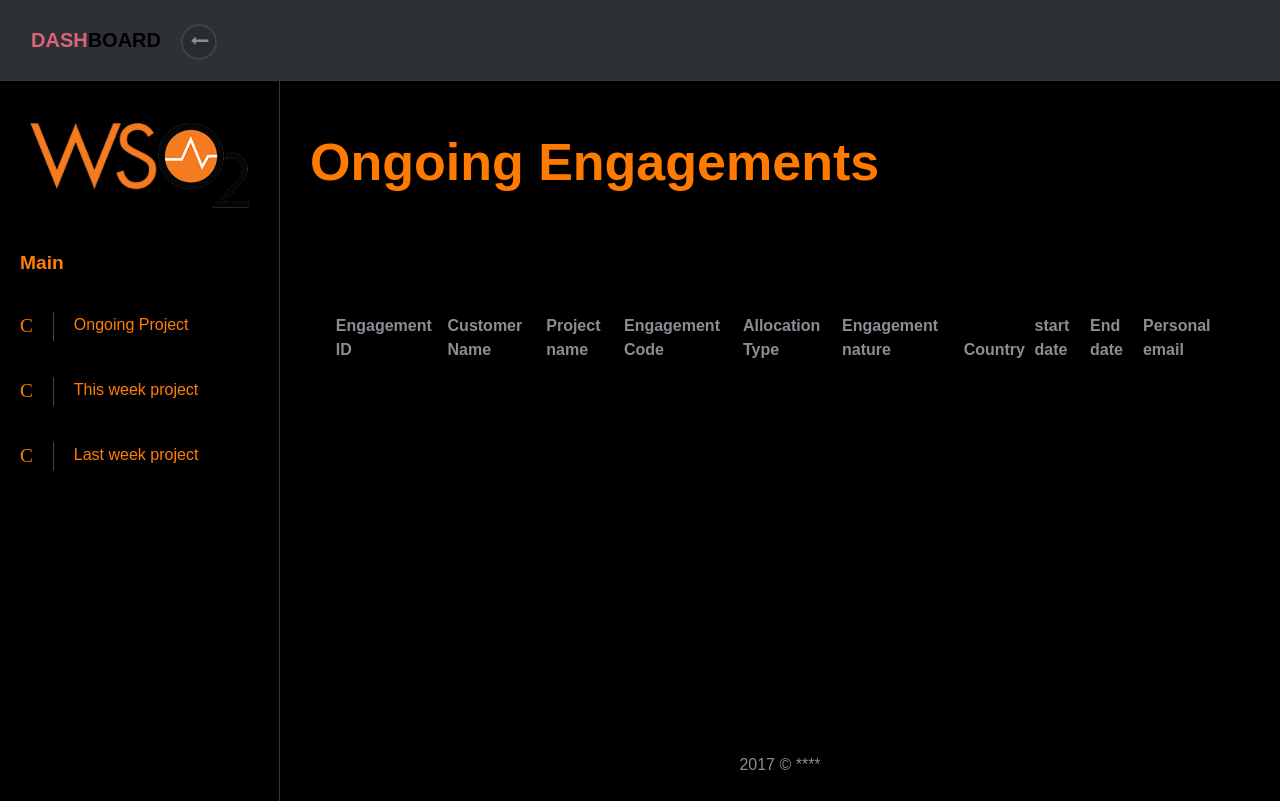
Repository: tharmini/engagement
Page: http://localhost/wproject/WEB-INF/views/engagementListView.jsp
These files come from the project's save history. The page is drawn as it stood at one moment and after the next save; the edit follows.
The browser window is 1280 px wide. The pictures show the whole page.
Some web fonts or font styles are not loaded; a fallback is used. Some web libraries are served in a nearby version. The page is served by Tomcat 9. Nobody is signed in. The template is opened directly, without the code that normally fills it, so the values that code supplies are empty.

Above is the page before, as saved 2018-01-08 10:15:00.
Console error: TypeError: $(...).tablesorter is not a function

After the next save:
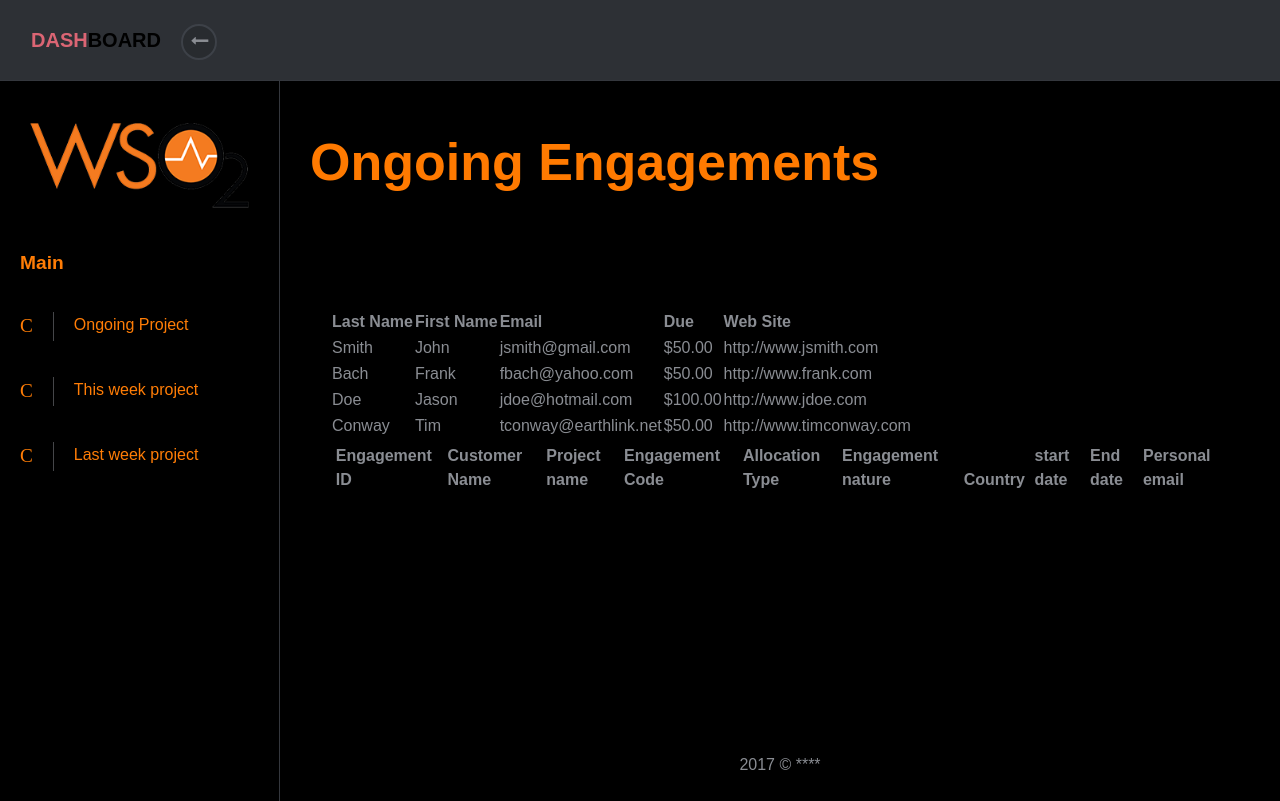
Saved 101 s later.
--- a/project (5)/wproject/WebContent/WEB-INF/views/engagementListView.jsp
+++ b/project (5)/wproject/WebContent/WEB-INF/views/engagementListView.jsp
@@ -108,7 +108,47 @@
 						<div class="col-lg-12">
 							<p style="color: orange;">${errorString}</p>
 							<div class="block  table-responsive">
-
+								<table id="myTable" class="tablesorter">
+<thead>
+<tr>
+    <th>Last Name</th>
+    <th>First Name</th>
+    <th>Email</th>
+    <th>Due</th>
+    <th>Web Site</th>
+</tr>
+</thead>
+<tbody>
+<tr>
+    <td>Smith</td>
+    <td>John</td>
+    <td>jsmith@gmail.com</td>
+    <td>$50.00</td>
+    <td>http://www.jsmith.com</td>
+</tr>
+<tr>
+    <td>Bach</td>
+    <td>Frank</td>
+    <td>fbach@yahoo.com</td>
+    <td>$50.00</td>
+    <td>http://www.frank.com</td>
+</tr>
+<tr>
+    <td>Doe</td>
+    <td>Jason</td>
+    <td>jdoe@hotmail.com</td>
+    <td>$100.00</td>
+    <td>http://www.jdoe.com</td>
+</tr>
+<tr>
+    <td>Conway</td>
+    <td>Tim</td>
+    <td>tconway@earthlink.net</td>
+    <td>$50.00</td>
+    <td>http://www.timconway.com</td>
+</tr>
+</tbody>
+</table>
 								<table id ="myTable" class="table table-striped table-sm">
 									<thead>
 										<tr>
